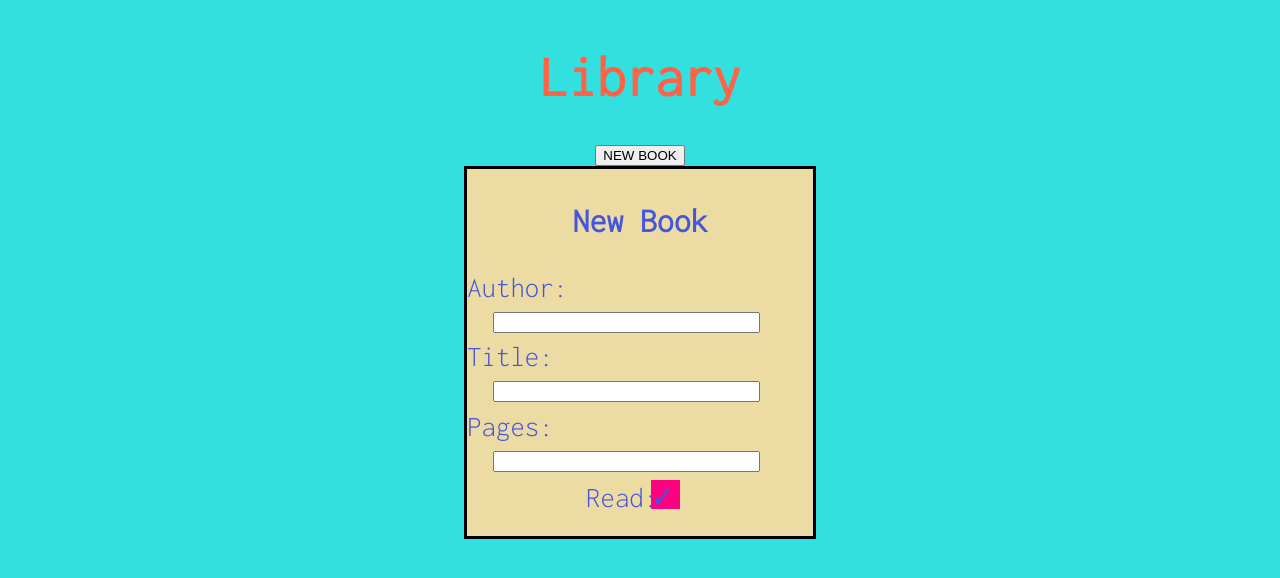
Repository: 0101chaitanya/Library
Page: index.html
These files come from the project's save history. The page is drawn as it stood at one moment and after the next save; the edit follows.
The browser window is 1280 px wide. The pictures show the whole page.

Above is the page before, as saved 2021-06-02 15:07:30.

After the next save:
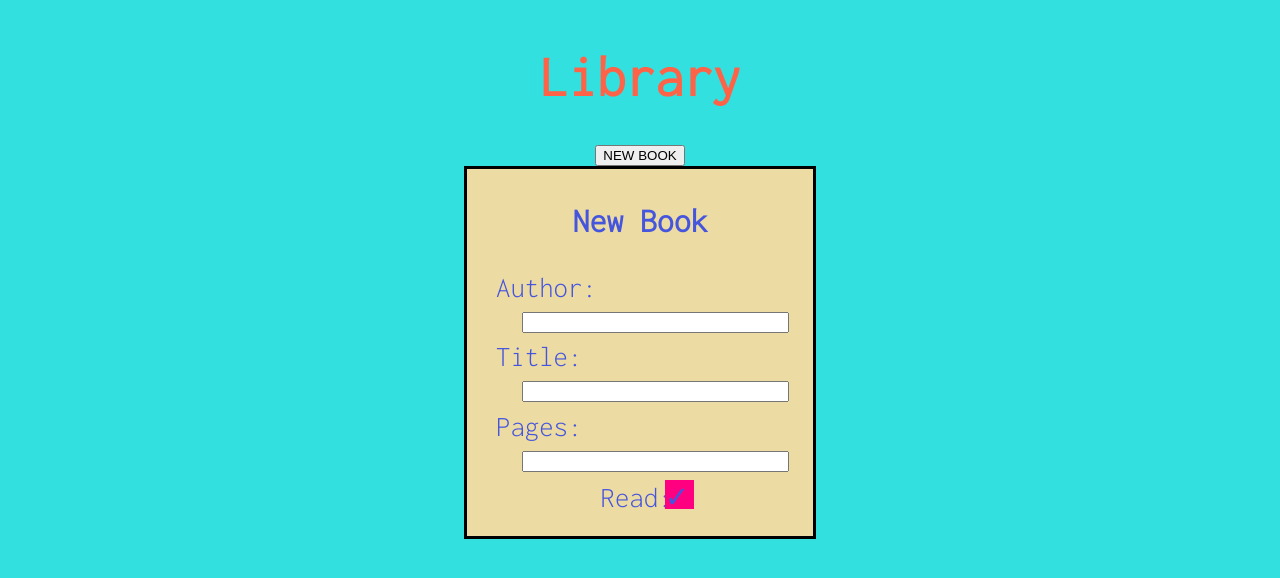
Saved 73 s later.
--- a/styles.css
+++ b/styles.css
@@ -27,6 +27,13 @@
       width: 12rem;
       border-color: black;
       border-style: solid;
+  }
+
+  #author,
+  #title,
+  #pages,
+  #read {
+      margin-left: 1rem;
   }
 
   #authorInput {
